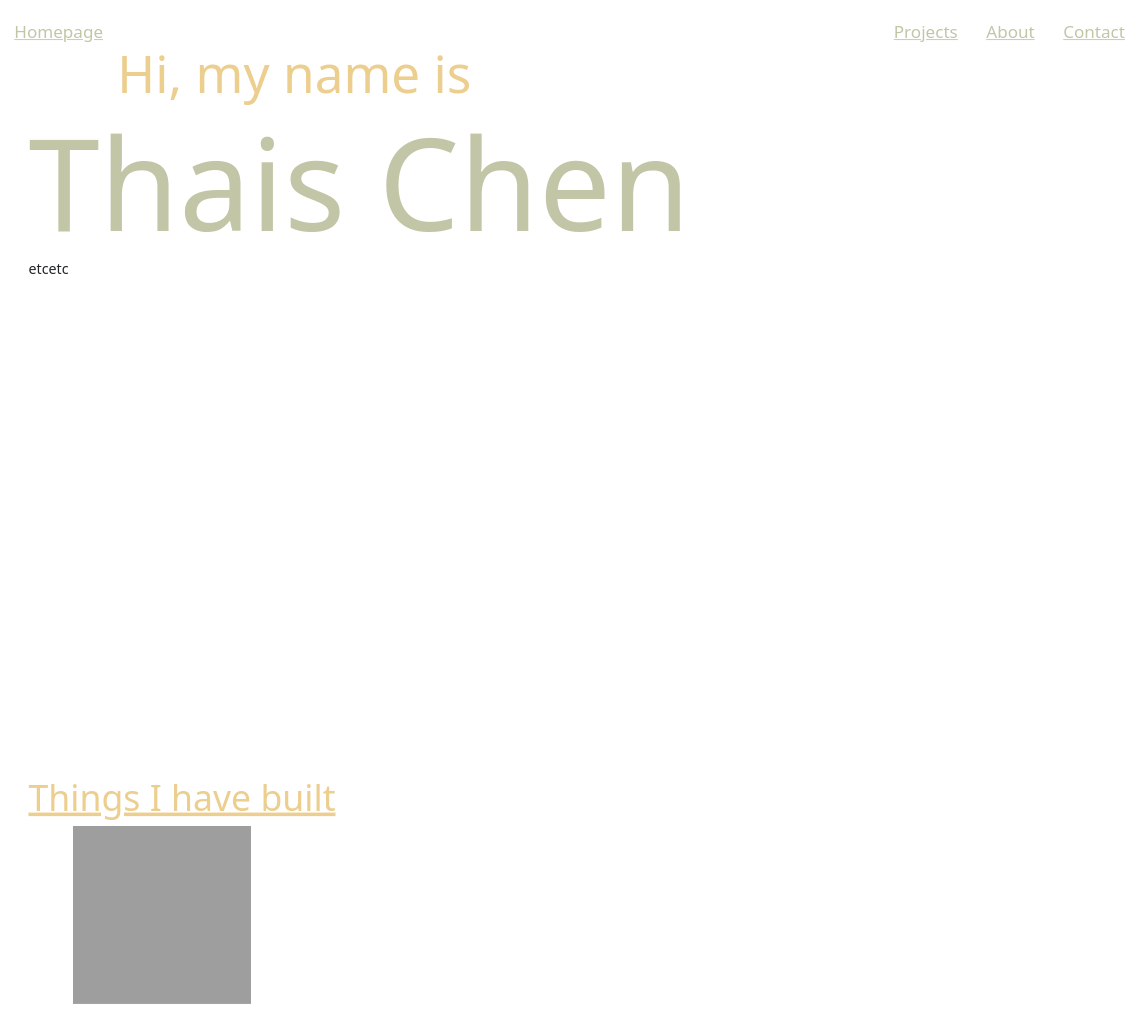
Repository: thais-chen/Portfolio
Page: index.html
The author's editor kept a copy of each file at every save. The page is drawn from the files as they stood at one save, then again after the next save.
The browser window is 1280 px wide. The pictures show the whole page, at 89% of full size.
Pictures or frames that could not be fetched are drawn as grey boxes.

Above is the page before, as saved 2022-06-17 19:16:02.

After the next save:
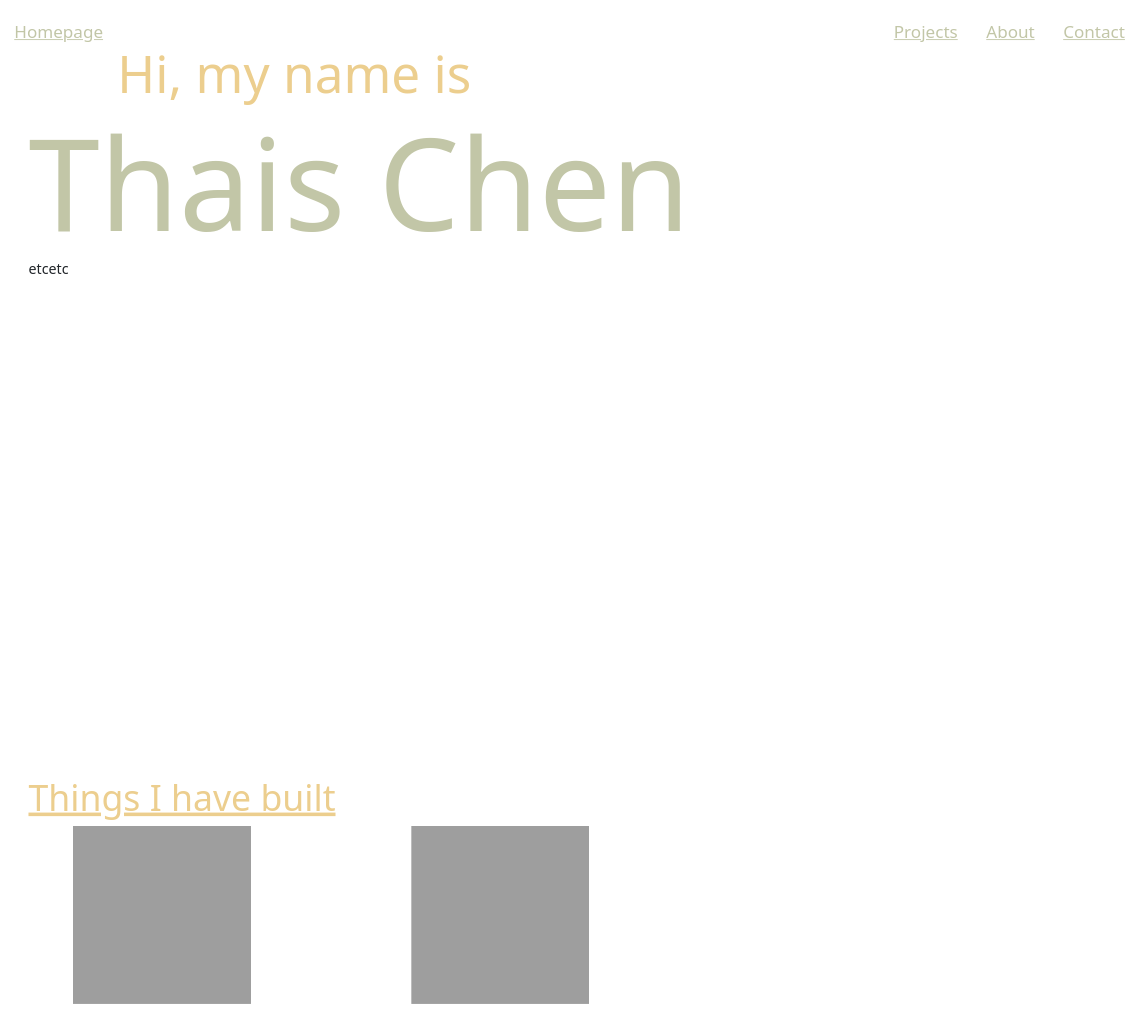
Saved 10 s later.
--- a/index.html
+++ b/index.html
@@ -37,7 +37,7 @@
 
                     </div>
                     <div class="col">
-
+                        <img src="https://picsum.photos/200">
                     </div>
                     <div class="col">
 
